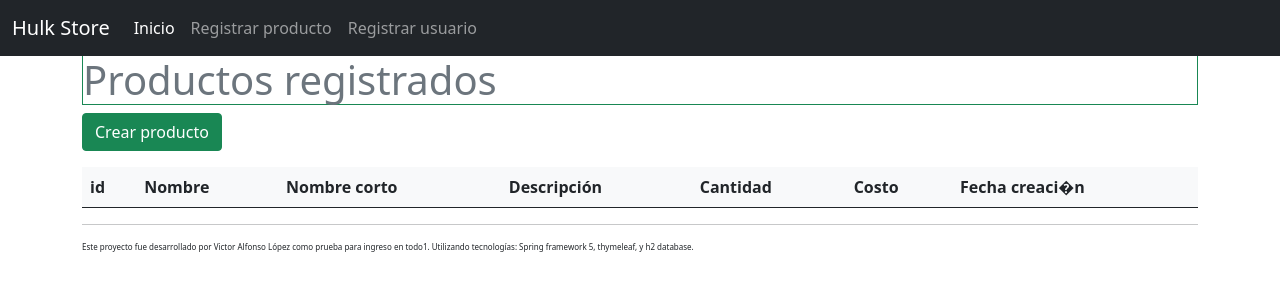
Repository: alfonsoLopez1992/PruebaTODO1
Page: http://localhost/usuario/listado
An editor plug-in stored every save of this project. The page is shown before and after the next save, followed by the edit.
The browser window is 1280 px wide. The pictures show the whole page.
Some web libraries are served in a nearby version. The page is this project's Thymeleaf template; nobody is signed in. The template is opened directly, without the code that normally fills it, so the values that code supplies are empty.

Above is the page before, as saved 2021-02-15 22:05:12.

### hulk-store-internet/src/main/resources/templates/usuario/listado.html
<!DOCTYPE html>
<html xmlns:th="http://www.thymeleaf.org">
<head th:replace="layout/layout :: head">
</head>
<body>

	<header th:replace="layout/layout :: header"></header>

	<div class="container">
		<h1
			class="text-secondary border border-success border-top-0 border-left-0 border-right-0">Productos
			registrados</h1>


       <p><a th:href="@{/producto/crear}" class="btn btn-success btn-xs">Crear producto</a></p>
		<table class="table table-striped">
			<thead class="bg-light">
				<tr>
					<th>id</th>
					<th>Nombre</th>
					<th>Nombre corto</th>
					<th>Descripci&oacute;n</th>
					<th>Cantidad</th>
					<th>Costo</th>
					<th>Fecha creación</th>
				</tr>
			</thead>
			<tbody>
				<tr th:each="producto: ${productos}">
					<td th:text="${producto.id}"></td>
					<td th:text="${producto.nombre}"></td>
					<td th:text="${producto.nombreCorto}"></td>
					<td th:text="${producto.descripcion}"></td>
					<td th:text="${producto.cantidad}"></td>
					<td th:text="${producto.costo}"></td>
					<td th:text="${producto.createAt}"></td>

				</tr>
			</tbody>

		</table>



	</div>


	<footer th:replace="layout/layout :: footer"></footer>

</body>
</html>

### hulk-store-internet/src/main/resources/templates/layout/layout.html
<!DOCTYPE html>
<html xmlns:th="http://www.thymeleaf.org">
<head th:fragment="head">
<meta charset="UTF-8">
<title>Hulk store</title>
<link
	href="https://cdn.jsdelivr.net/npm/bootstrap@5.0.0-beta2/dist/css/bootstrap.min.css"
	rel="stylesheet"
	integrity="sha384-BmbxuPwQa2lc/FVzBcNJ7UAyJxM6wuqIj61tLrc4wSX0szH/Ev+nYRRuWlolflfl"
	crossorigin="anonymous">

</head>
<body>
	<header th:fragment="header">
		<nav class="navbar navbar-expand-lg navbar-dark bg-dark">
			<div class="container-fluid">
				<a class="navbar-brand" href="#">Hulk Store</a>
				<button class="navbar-toggler" type="button"
					data-bs-toggle="collapse" data-bs-target="#navbarNav"
					aria-controls="navbarNav" aria-expanded="false"
					aria-label="Toggle navigation">
					<span class="navbar-toggler-icon"></span>
				</button>
				<div class="collapse navbar-collapse" id="navbarNav">
					<ul class="navbar-nav">
						<li class="nav-item"><a class="nav-link active"
							aria-current="page" href="http://localhost:8080/">Inicio</a></li>

						<li class="nav-item"><a class="nav-link" href="http://localhost:8080/producto/listar">Registrar producto</a>
						</li>
						<li class="nav-item"><a class="nav-link" href="http://localhost:8080/usuario/index">Registrar usuario</a>
						</li>
					</ul>
				</div>
			</div>
		</nav>
	</header>
	<div class="container"></div>


	<footer th:fragment="footer" class="container">
		<hr />
		<p style="font-size: 8px !important;">Este proyecto fue desarrollado por Victor Alfonso López como
			prueba para ingreso en todo1. Utilizando tecnologías: Spring framework 5, thymeleaf, y h2 database.</p>
		<script
			src="https://cdn.jsdelivr.net/npm/bootstrap@5.0.0-beta2/dist/js/bootstrap.bundle.min.js"
			integrity="sha384-b5kHyXgcpbZJO/tY9Ul7kGkf1S0CWuKcCD38l8YkeH8z8QjE0GmW1gYU5S9FOnJ0"
			crossorigin="anonymous"></script>
		<script
			src="https://cdn.jsdelivr.net/npm/@popperjs/core@2.6.0/dist/umd/popper.min.js"
			integrity="sha384-KsvD1yqQ1/1+IA7gi3P0tyJcT3vR+NdBTt13hSJ2lnve8agRGXTTyNaBYmCR/Nwi"
			crossorigin="anonymous"></script>
		<script
			src="https://cdn.jsdelivr.net/npm/bootstrap@5.0.0-beta2/dist/js/bootstrap.min.js"
			integrity="sha384-nsg8ua9HAw1y0W1btsyWgBklPnCUAFLuTMS2G72MMONqmOymq585AcH49TLBQObG"
			crossorigin="anonymous"></script>

	</footer>



</body>
</html>

After the next save:
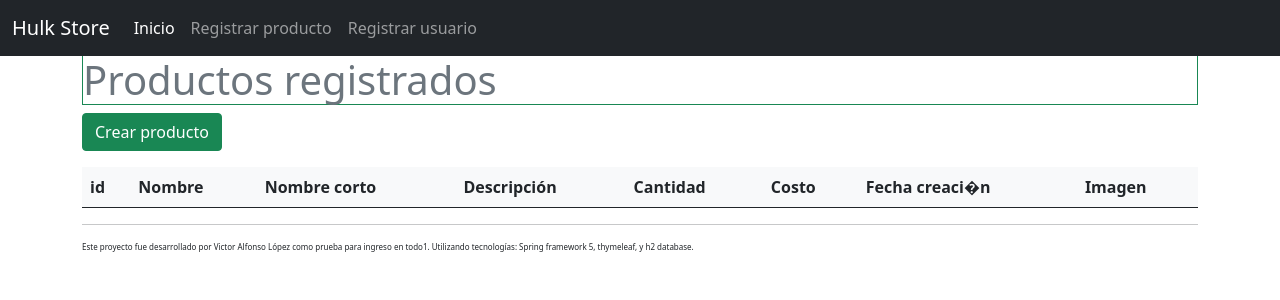
Saved 6 min 0 s later.
--- a/hulk-store-internet/src/main/resources/templates/usuario/listado.html
+++ b/hulk-store-internet/src/main/resources/templates/usuario/listado.html
@@ -23,6 +23,7 @@
 					<th>Cantidad</th>
 					<th>Costo</th>
 					<th>Fecha creación</th>
+					<th>Imagen</th>
 				</tr>
 			</thead>
 			<tbody>
@@ -34,6 +35,8 @@
 					<td th:text="${producto.cantidad}"></td>
 					<td th:text="${producto.costo}"></td>
 					<td th:text="${producto.createAt}"></td>
+					<td th:text="${producto.createAt}"></td>
+
 
 				</tr>
 			</tbody>
